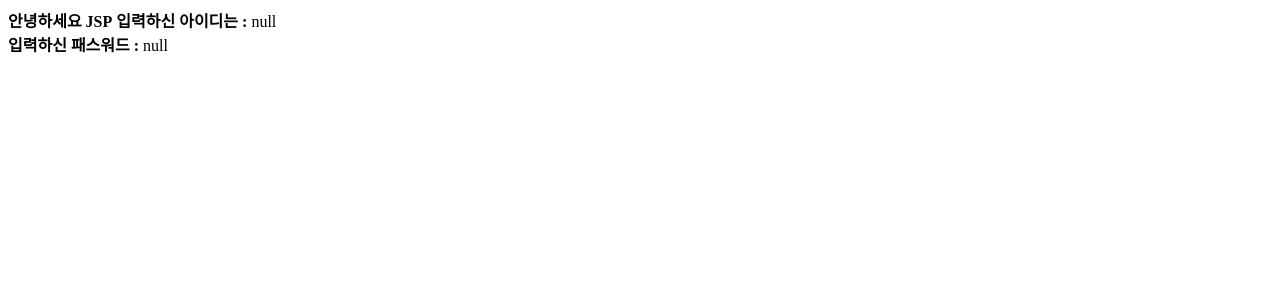
Repository: hus0124/M-IT
Page: http://localhost/Test2/join.jsp
These files come from the project's save history. The page is drawn as it stood at one moment and after the next save; the edit follows.
The browser window is 1280 px wide. The pictures show the whole page.
The page is served by Tomcat 9.

Above is the page before, as saved 2019-12-31 03:39:48.

### JSP_Workspaces/Test2/WebContent/join.jsp
<%@ page language="java" contentType="text/html; charset=EUC-KR"
    pageEncoding="EUC-KR"%>
<!DOCTYPE html PUBLIC "-//W3C//DTD HTML 4.01 Transitional//EN" "http://www.w3.org/TR/html4/loose.dtd">
<html>
<head>
<meta http-equiv="Content-Type" content="text/html; charset=EUC-KR">
<title>Insert title here</title>
</head>
<body>
<b>안녕하세요 JSP</b>
<%
	String id = request.getParameter("id");
	String pw = request.getParameter("pw");

%>

<b>입력하신 아이디는 : </b><%=id %><br>
<b>입력하신 패스워드 : </b><%=pw %>
</body>
</html>

After the next save:
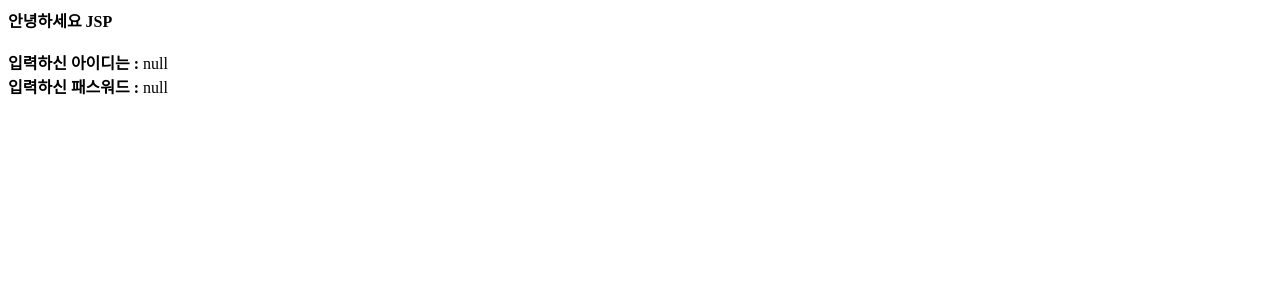
Saved 64 s later.
--- a/JSP_Workspaces/Test2/WebContent/join.jsp
+++ b/JSP_Workspaces/Test2/WebContent/join.jsp
@@ -7,7 +7,7 @@
 <title>Insert title here</title>
 </head>
 <body>
-<b>안녕하세요 JSP</b>
+<b>안녕하세요 JSP</b><br><br>
 <%
 	String id = request.getParameter("id");
 	String pw = request.getParameter("pw");
